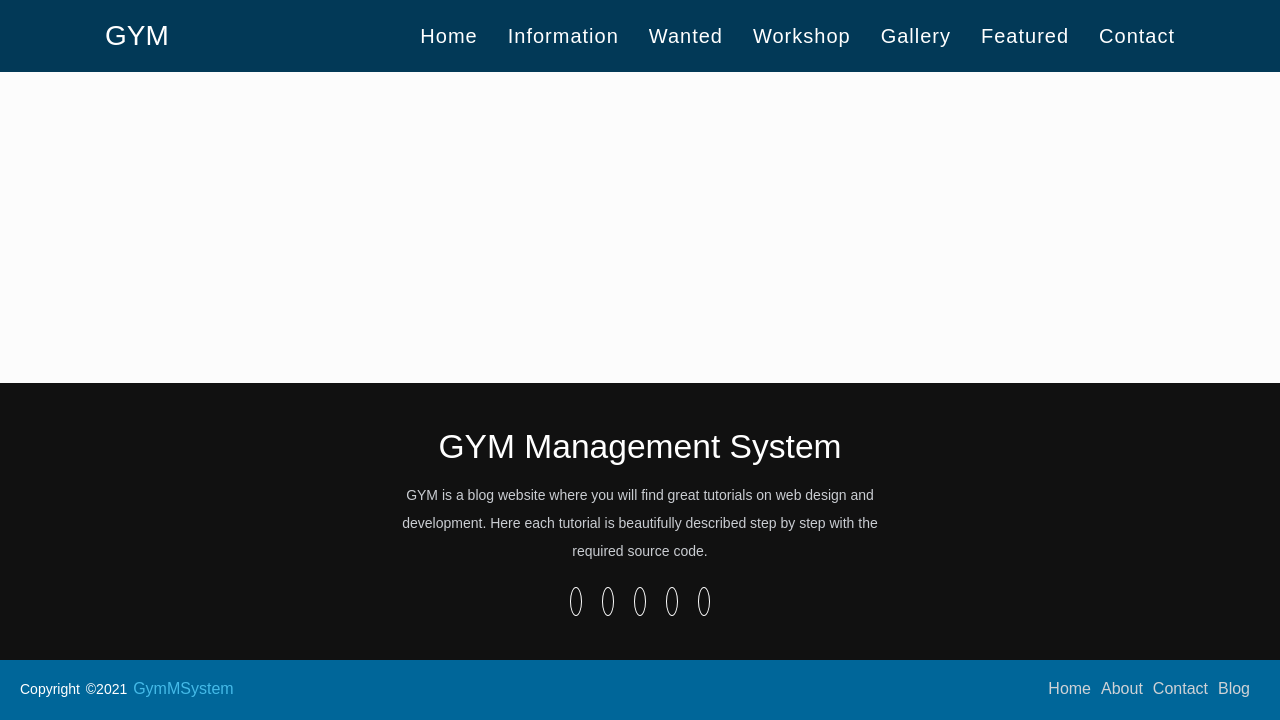
Repository: mcleanka/gym-management-system
Page: index.html
The author's editor kept a copy of each file at every save. The page is drawn from the files as they stood at one save, then again after the next save.
The browser window is 1280 px wide. The pictures show the whole page.

Above is the page before, as saved 2022-07-01 17:08:00.

### index.html
<!DOCTYPE html>
<html lang="en">

<head>
	<meta charset="UTF-8">
	<meta http-equiv="X-UA-Compatible" content="IE=edge">
	<meta name="viewport" content="width=device-width, initial-scale=1.0">
	<title>Home | Gym Management System</title>

	<link rel="stylesheet" href="css/style.css">
	<script src="js/app.js"></script>
</head>

<body>
	<div class="container">
		<div class="wrapper">

			<header id="header">
				<div class="container">
					<div class="header_left">
						<a class="logo" href="#">GYM</a>
					</div>
					<div class="header_right">
						<a href="#!" class="nav_ico">Menu</a>
						<nav class="main_nav">
							<ul>
								<li><a href="#">Home</a></li>
								<li><a href="#">Information</a></li>
								<li><a href="#">Wanted</a></li>
								<li><a href="#">Workshop</a></li>
								<li><a href="#">Gallery</a></li>
								<li><a href="#">Featured</a></li>
								<li><a href="#">Contact</a></li>
							</ul>
						</nav>
					</div>
				</div>
			</header>

			<main>

			</main>


			<footer>
				<div class="footer-content">
					<h3>GYM Management System</h3>
					<p>GYM is a blog website where you will find great tutorials on web design and
						development. Here
						each tutorial is beautifully described step by step with the required source code.</p>
					<ul class="socials">
						<li><a href="#"><i class="fa fa-facebook"></i></a></li>
						<li><a href="#"><i class="fa fa-twitter"></i></a></li>
						<li><a href="#"><i class="fa fa-google-plus"></i></a></li>
						<li><a href="#"><i class="fa fa-youtube"></i></a></li>
						<li><a href="#"><i class="fa fa-linkedin-square"></i></a></li>
					</ul>
				</div>
				<div class="footer-bottom">
					<p>copyright &copy;2021 <a href="#">GymMSystem</a> </p>
					<div class="footer-menu">
						<ul class="f-menu">
							<li><a href="">Home</a></li>
							<li><a href="">About</a></li>
							<li><a href="">Contact</a></li>
							<li><a href="">Blog</a></li>
						</ul>
					</div>
				</div>

			</footer>
		</div>
	</div>
</body>

</html>

### css/style.css
     * {
     	margin: 0;
     	padding: 0;
     	box-sizing: border-box;
     }

     *,
     *:after,
     *:before {
     	box-sizing: border-box;
     }

     a {
     	text-decoration: none;
     }

     body {
     	background: #fcfcfc;
     	font-family: sans-serif;
     }

     #header {
     	padding: 20px 10px;
     	display: flex;
     	align-items: center;
     	justify-content: space-between;
     	background: #023957;
     	position: fixed;
     	left: 0;
     	top: 0;
     	width: 100%;
     }

     .container {
     	max-width: 1100px;
     	width: 100%;
     	margin: 0 auto;
     	padding: 0 15px;
     	display: flex;
     	align-items: center;
     	justify-content: space-between;
     }


     .logo {
     	font-size: 28px;
     	color: white;
     }

     .nav_ico {
     	display: block;
     	padding: 4px 7px;
     	color: white;
     	border: 2px solid white;
     	cursor: pointer;
     }

     .nav_ico:hover {
     	background: white;
     	color: black;
     }

     .main_nav {
     	float: right;
     }

     .main_nav ul {
     	margin: 0;
     	padding: 0px;
     	list-style: none;
     }

     .main_nav ul li {
     	float: left;
     	margin: 0 0 0 30px;
     	position: relative;
     	font-size: 20px;
     	letter-spacing: 1px;
     	font-weight: 300;
     	overflow: hidden;
     }

     .main_nav ul li a {
     	color: white;
     	display: block;
     	line-height: 1.4;
     	text-decoration: none;
     }

     .main_nav ul li a:before {
     	content: "";
     	position: absolute;
     	left: 100%;
     	top: 0;
     	height: 2px;
     	width: 100%;
     	background: #d4e706;
     	transition: all 0.3s ease-in-out;
     }

     .main_nav ul li a:after {
     	content: "";
     	position: absolute;
     	right: 100%;
     	bottom: 0;
     	height: 2px;
     	width: 100%;
     	background: #d4e706;
     	transition: all 0.3s ease-in-out;
     }

     .main_nav ul li:hover a:before {
     	left: 0;
     }

     .main_nav ul li:hover a:after {
     	right: 0;
     }

     @media only screen and (min-width:768px) and (max-width:991px) {
     	.main_nav ul li {
     		margin: 0 0 0 15px;
     		font-size: 16px;
     	}

     }

     @media screen and (min-width: 768px) {
     	.nav_ico {
     		display: none;
     	}
     }

     @media screen and (max-width: 767px) {
     	.nav_ico {
     		display: block;
     		position: relative;
     		z-index: 10;

     	}

     	.main_nav {
     		position: fixed;
     		left: 0;
     		top: 70px;
     		padding: 0;
     		background: #032c43;
     		z-index: 5;
     		height: calc(100vh - 74px);
     		width: calc(100% - 80px);
     		transition: all 0.3s ease-out;
     		transform: translateX(-100%);
     	}

     	.main_nav ul li {
     		float: none;
     		margin: 0 !important;
     		padding: 0 !important;
     		border-bottom: 1px solid;
     		text-align: center;
     	}

     	.main_nav ul li a {
     		display: block;
     		color: #fff;
     		padding: 15px;
     	}

     	.main_nav:after {
     		content: "";
     		position: absolute;
     		left: 100%;
     		top: 0;
     		height: 100%;
     		width: 0;
     		background: rgba(0, 0, 0, 0.7);
     	}

     	.main_nav.active {
     		transform: translateX(0%);
     	}

     	.main_nav.active:after {
     		width: 1000%;
     	}

     }



     footer {
     	position: absolute;
     	bottom: 0;
     	left: 0;
     	right: 0;
     	background: #111;
     	height: auto;
     	width: 100vw;

     	padding-top: 40px;
     	color: #fff;
     }

     .footer-content {
     	display: flex;
     	align-items: center;
     	justify-content: center;
     	flex-direction: column;
     	text-align: center;
     }

     .footer-content h3 {
     	font-size: 2.1rem;
     	font-weight: 500;
     	text-transform: capitalize;
     	line-height: 3rem;
     }

     .footer-content p {
     	max-width: 500px;
     	margin: 10px auto;
     	line-height: 28px;
     	font-size: 14px;
     	color: #cacdd2;
     }

     .socials {
     	list-style: none;
     	display: flex;
     	align-items: center;
     	justify-content: center;
     	margin: 1rem 0 3rem 0;
     }

     .socials li {
     	margin: 0 10px;
     }

     .socials a {
     	text-decoration: none;
     	color: #fff;
     	border: 1.1px solid white;
     	padding: 5px;

     	border-radius: 50%;

     }

     .socials a i {
     	font-size: 1.1rem;
     	width: 20px;


     	transition: color .4s ease;

     }

     .socials a:hover i {
     	color: aqua;
     }

     .footer-bottom {
     	background: #006699;
     	width: 100vw;
     	padding: 20px;
     	padding-bottom: 40px;
     	text-align: center;
     }

     .footer-bottom p {
     	float: left;
     	font-size: 14px;
     	word-spacing: 2px;
     	text-transform: capitalize;
     }

     .footer-bottom p a {
     	color: #44bae8;
     	font-size: 16px;
     	text-decoration: none;
     }

     .footer-bottom span {
     	text-transform: uppercase;
     	opacity: .4;
     	font-weight: 200;
     }

     .footer-menu {
     	float: right;

     }

     .footer-menu ul {
     	display: flex;
     }

     .footer-menu ul li {
     	padding-right: 10px;
     	display: block;
     }

     .footer-menu ul li a {
     	color: #cfd2d6;
     	text-decoration: none;
     }

     .footer-menu ul li a:hover {
     	color: #27bcda;
     }

     @media (max-width:500px) {
     	.footer-menu ul {
     		display: flex;
     		margin-top: 10px;
     		margin-bottom: 20px;
     	}
     }

### js/app.js
/* Toggle between adding and removing the "responsive" class to topnav when the user clicks on the icon */
function myFunction() {
	var x = document.getElementById("myTopnav");
	if (x.className === "topnav") {
		x.className += " responsive";
	} else {
		x.className = "topnav";
	}
}

/* $(document).ready(function () {

	$(".nav_ico").click(function () {
		$(".main_nav").toggleClass("active");
	});

	$(".main_nav").click(function () {
		$(this).removeClass("active");
	});

	$(".main_nav ul").click(function (event) {
		event.stopImmediatePropagation();
	});

}); */

After the next save:
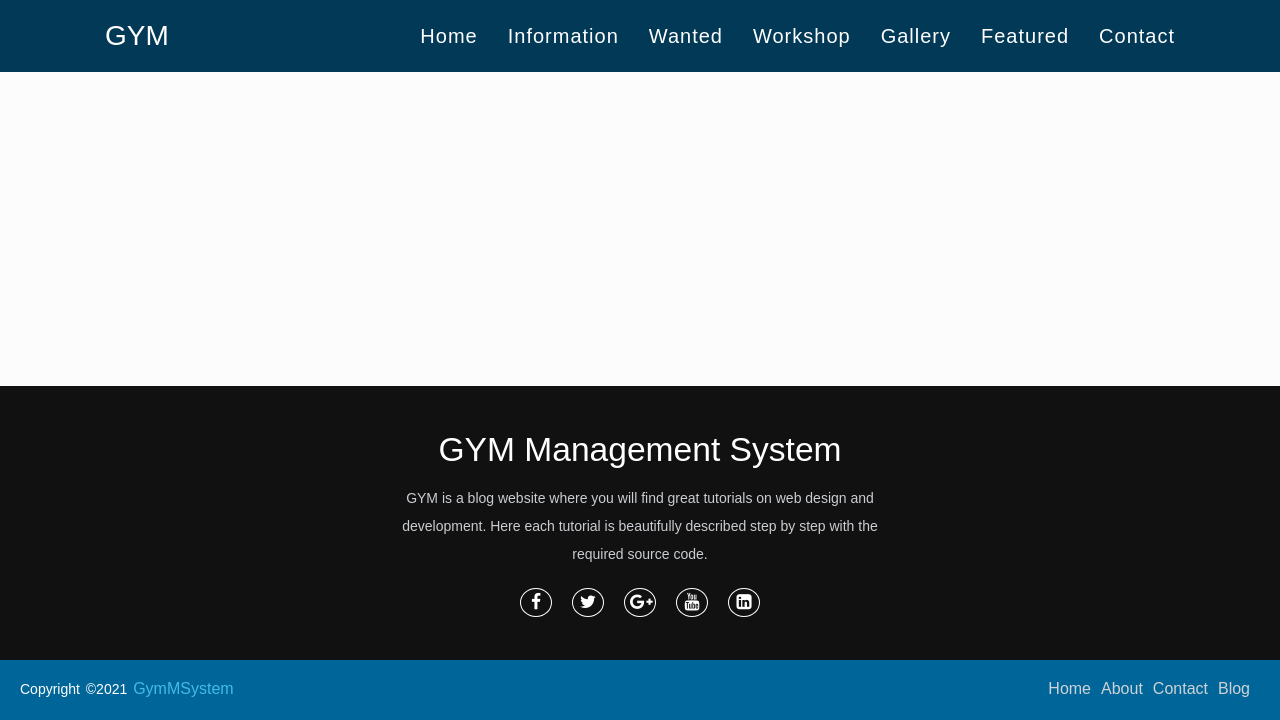
Saved 2 min 59 s later.
--- a/index.html
+++ b/index.html
@@ -6,7 +6,7 @@
 	<meta http-equiv="X-UA-Compatible" content="IE=edge">
 	<meta name="viewport" content="width=device-width, initial-scale=1.0">
 	<title>Home | Gym Management System</title>
-
+	<link rel="stylesheet" href="https://cdnjs.cloudflare.com/ajax/libs/font-awesome/4.7.0/css/font-awesome.min.css">
 	<link rel="stylesheet" href="css/style.css">
 	<script src="js/app.js"></script>
 </head>
